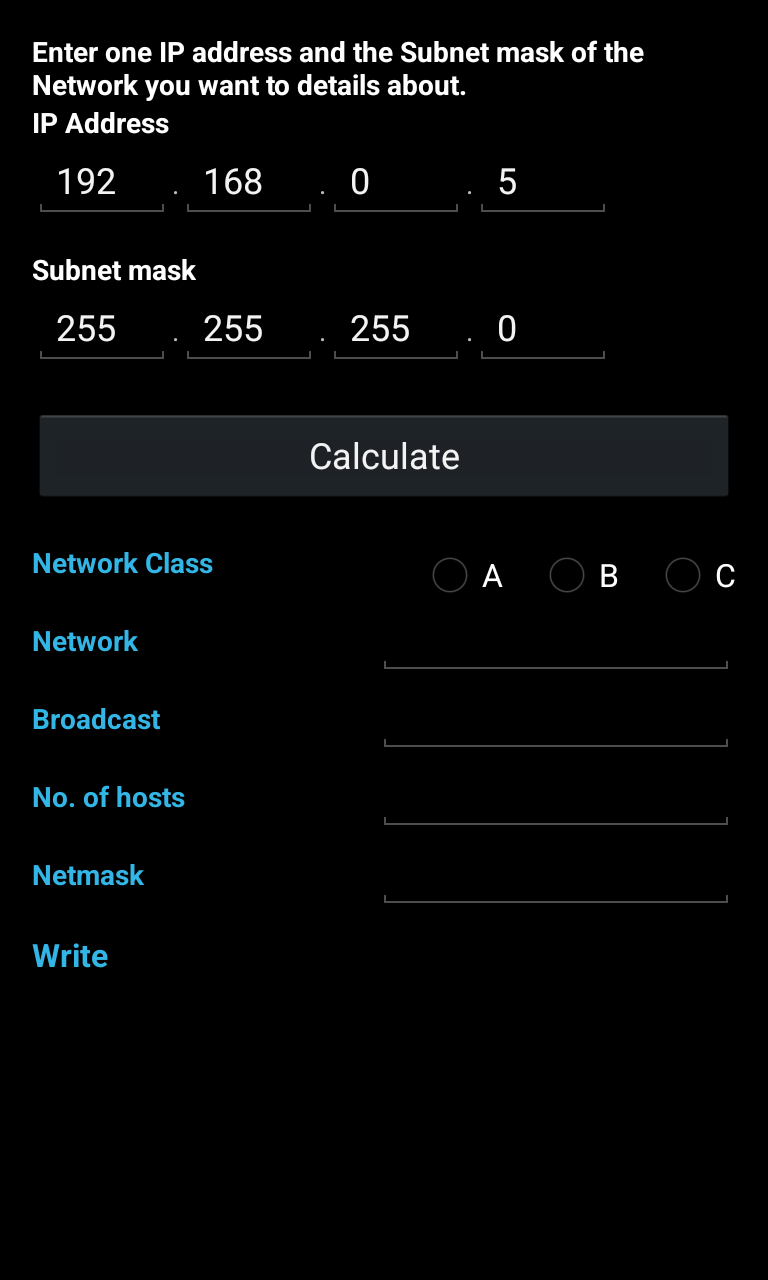
Repository: bighost/Simple-Subnetting
Layout: Android/SimpleSubnet/res/layout/activity_main.xml
The author's editor kept a copy of each file at every save. The layout is drawn from the files as they stood at one save, then again after the next save.
It is drawn on a 768 x 1280 px phone screen (xhdpi) without system bars, with theme android:Theme.Holo; the app's code is not run.

Above is the layout before, as saved 2014-01-14 19:17:27.

After the next save:
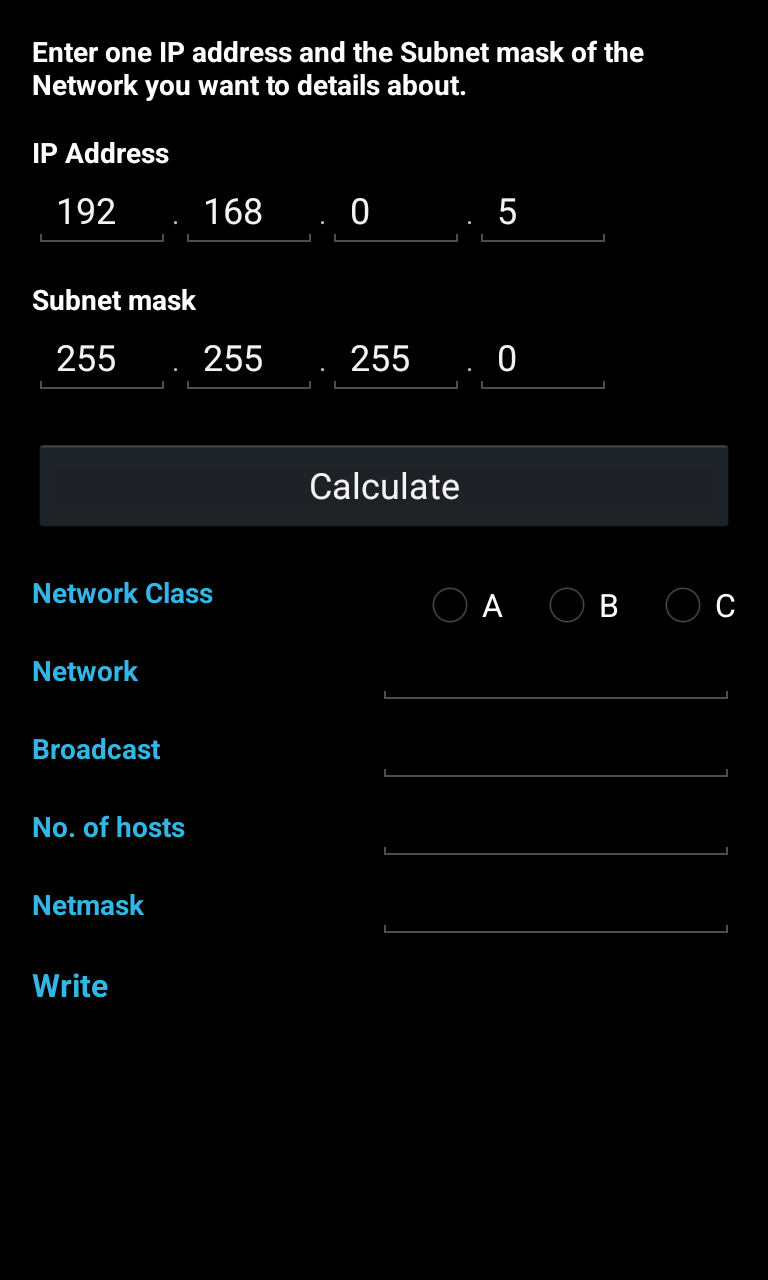
Saved 38 s later.
--- a/Android/SimpleSubnet/res/layout/activity_main.xml
+++ b/Android/SimpleSubnet/res/layout/activity_main.xml
@@ -35,6 +35,7 @@
 		        android:layout_width="wrap_content"
 		        android:layout_height="wrap_content"
 		        android:layout_below="@id/text_view_instructions"
+		        android:layout_marginTop="@dimen/spacing_small"
 		        android:text="IP Address"
 		        android:textAppearance="?android:attr/textAppearanceSmall"
 		        android:textColor="@color/white"
